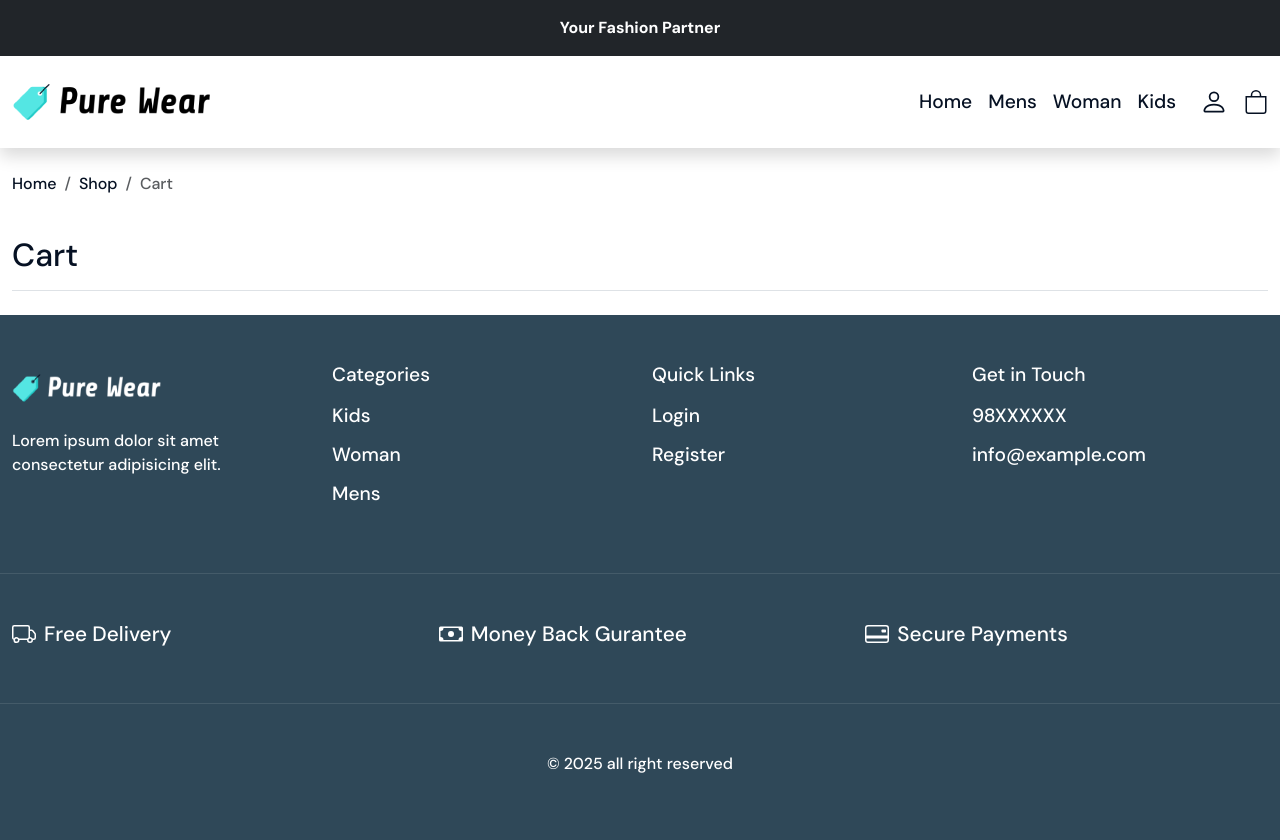
Repository: rajendratamang/react_ecommerce
Page: /cart
The author's editor kept a copy of each file at every save. The page is drawn from the files as they stood at one save, then again after a run of saves.
The browser window is 1280 px wide. The pictures show the whole page.
The project was rebuilt for these pictures with package versions that can differ from the ones it lists, and the page was loaded fresh each time. Also part of the build but not shown: vite.config.js, src/components/common/LatestProduct.jsx, src/components/common/FeaturedProducts.jsx, src/components/Home.jsx, src/components/Shop.jsx, src/components/Product.jsx.

Above is the page before, as saved 2025-11-06 14:47:20.

After the next 3 saves:
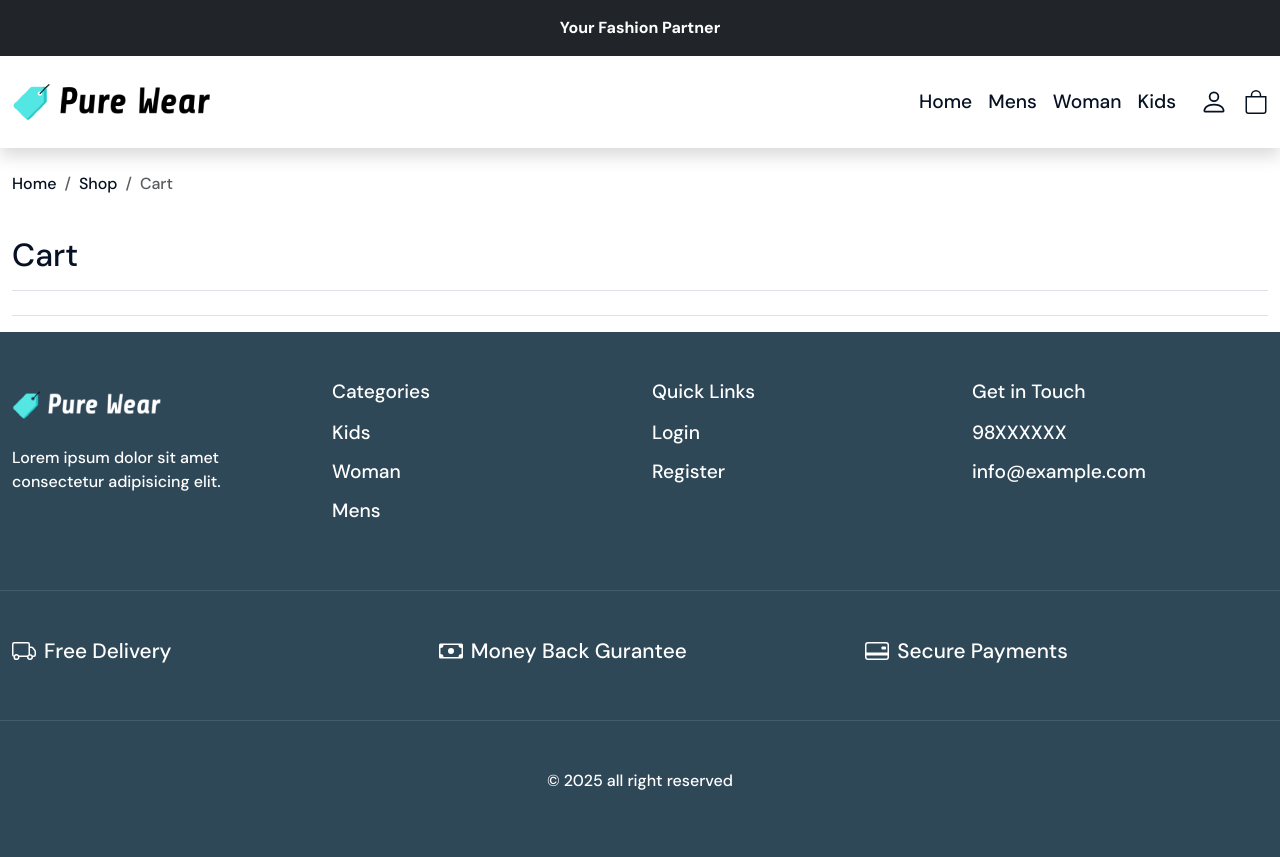
The 3 saves are shown as one change because they came seconds apart.
The last was saved 12 s later.
--- a/src/components/Cart.jsx
+++ b/src/components/Cart.jsx
@@ -21,7 +21,13 @@ const Cart = () => {
                     <div className="col-md-12">
                         <h2 className='border-bottom pb-3'>Cart </h2>
                         <table className='table'>
-
+                            <tbody>
+                                <tr>
+                                    <td></td>
+                                    <td></td>
+                                    <td></td>
+                                </tr>
+                            </tbody>
                         </table>
                     </div>
                 </div>
